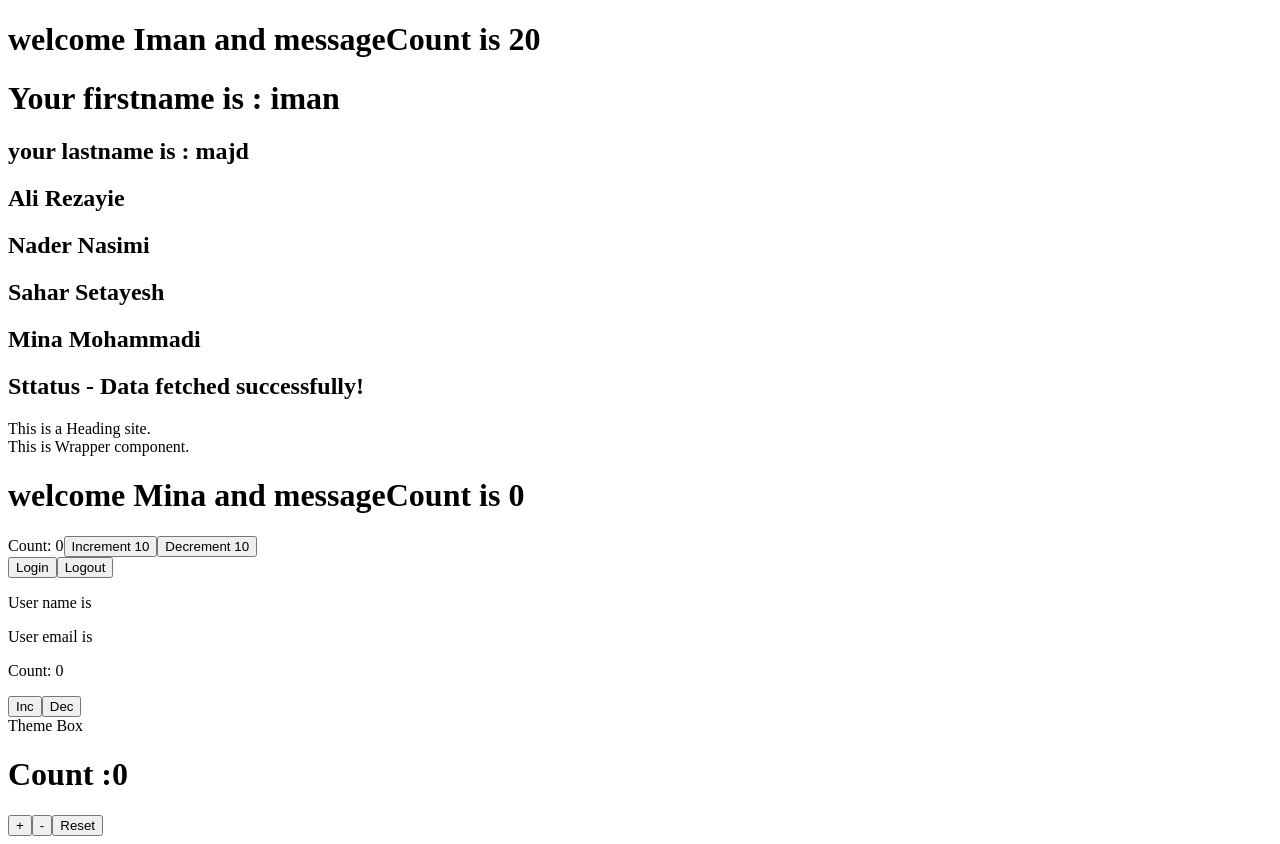
Repository: imangame2125/Typescript-learn-course
Page: /
An editor plug-in stored every save of this project. The page is shown before and after the next save, followed by the edit.
The browser window is 1280 px wide. The pictures show the whole page.
The project was rebuilt for these pictures with package versions that can differ from the ones it lists, and the page was loaded fresh each time.

Above is the page before, as saved 2023-10-01 10:58:41.

After the next save:
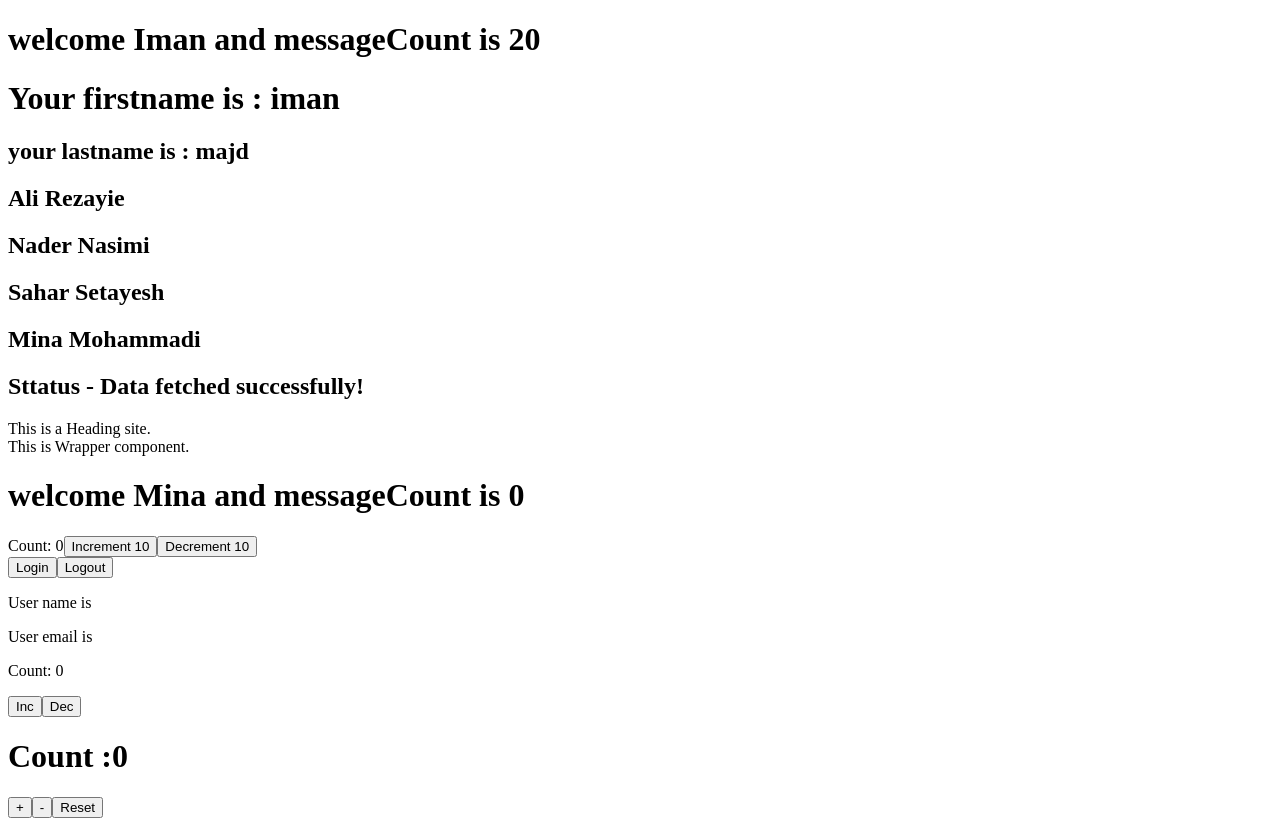
Saved 27 min 31 s later.
--- a/src/App.tsx
+++ b/src/App.tsx
@@ -60,9 +60,7 @@ function App() {
       <User/>
       <UseReducerTypescript/>
 
-      <ThemeContextProvider>
-        <Box/>
-      </ThemeContextProvider>
+
 
       <CounterUseReducer/>
     </div>
